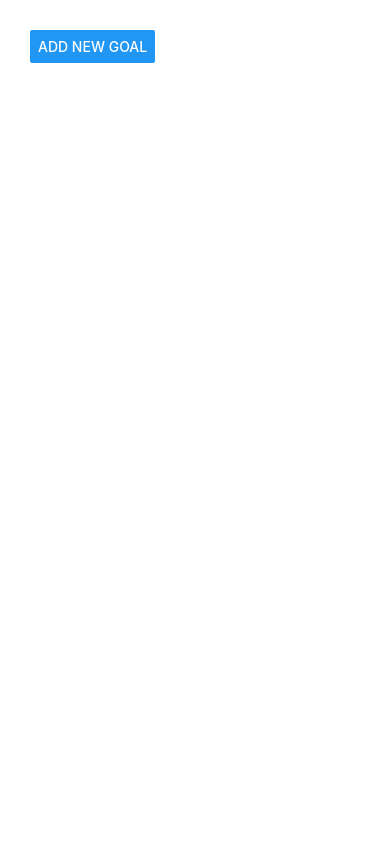
Repository: oguzhan18m/react-native-todo
Screen: /
These files come from the project's save history. The screen is drawn as it stood at one moment and after the next save; the edit follows.
The app was drawn by React Native's web renderer in a window 390 px wide. The project was rebuilt for these pictures with package versions that can differ from the ones it lists, and the page was loaded fresh each time. Also part of the build but not shown: components/GoalItem.js.

Above is the screen before, as saved 2021-03-03 01:54:17.

### App.js
import { StatusBar } from 'expo-status-bar';
import React, { useState } from 'react';
import { StyleSheet, View, TextInput, Button, ScrollView, FlatList, Modal } from 'react-native';
import GoalItem from './components/GoalItem';

export default function App() {
  const [enteredGoal , setEnteredGoal] = useState('');
  const [courseGoals, setCourseGoals ] =useState([]);
  const [isAddMode, setIsAddMode] = useState(false);

  const goalInputHandler =(enteredText)=>{
    setEnteredGoal(enteredText);
  }

  const addGoalHandler = () =>{
    setCourseGoals(currentGoals => [...currentGoals, {id: Math.random().toString() ,value: enteredGoal }]);
  }

  const removeGoalHandler = (goalId) =>{
    setCourseGoals(currentGoals => {
      return currentGoals.filter((goal)=>goal.id !== goalId);
    })
  }

  return (
    <View style={styles.screen}>
      <View style={styles.inputContainer}>
        <Button title='ADD NEW GOAL' onPress={()=>setIsAddMode(true)} />
        <Modal visible={isAddMode}>
        <TextInput placeholder='Course Goal' style={styles.input} onChangeText={goalInputHandler} />
        <Button title='ADD' onPress={addGoalHandler} />
        </Modal>
      </View>
      <FlatList keyExtractor={(item,index)=>item.id}
      data={courseGoals}
      renderItem={itemData => <GoalItem id={itemData.item.id} onDelete={removeGoalHandler} title={itemData.item.value} /> }
      />

    </View>
  );
}

const styles = StyleSheet.create({
    screen:{
      padding: 30,
    },
    inputContainer:{
      flexDirection:'row', alignItems:'center' , justifyContent:'space-between',
    },
    input:{
      width:'80%' ,borderColor:'black' , borderWidth:1 , padding:10 , borderRadius:5
    },
    listItem:{
      padding:10,
      marginVertical:10,
      backgroundColor:'lightslategrey',
      borderColor:'black',
      borderWidth:1,
      borderRadius:5,
      color: 'white',
      fontWeight:'900',
    }
});

After the next save:
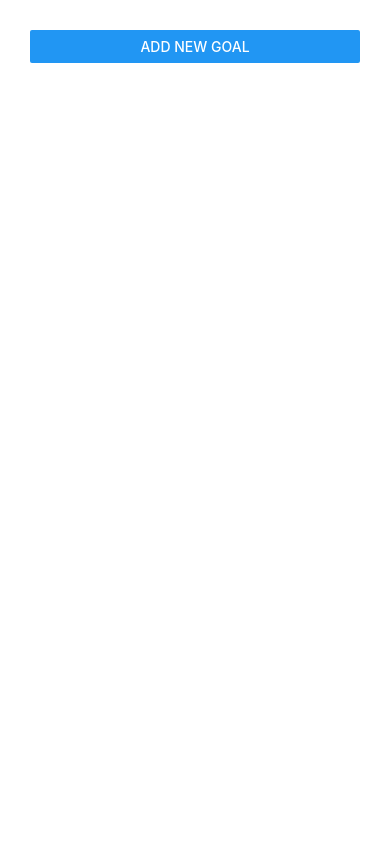
Saved 57 s later.
--- a/App.js
+++ b/App.js
@@ -24,13 +24,13 @@ export default function App() {
 
   return (
     <View style={styles.screen}>
-      <View style={styles.inputContainer}>
         <Button title='ADD NEW GOAL' onPress={()=>setIsAddMode(true)} />
         <Modal visible={isAddMode}>
+      <View style={styles.inputContainer}>
         <TextInput placeholder='Course Goal' style={styles.input} onChangeText={goalInputHandler} />
         <Button title='ADD' onPress={addGoalHandler} />
+      </View>
         </Modal>
-      </View>
       <FlatList keyExtractor={(item,index)=>item.id}
       data={courseGoals}
       renderItem={itemData => <GoalItem id={itemData.item.id} onDelete={removeGoalHandler} title={itemData.item.value} /> }
